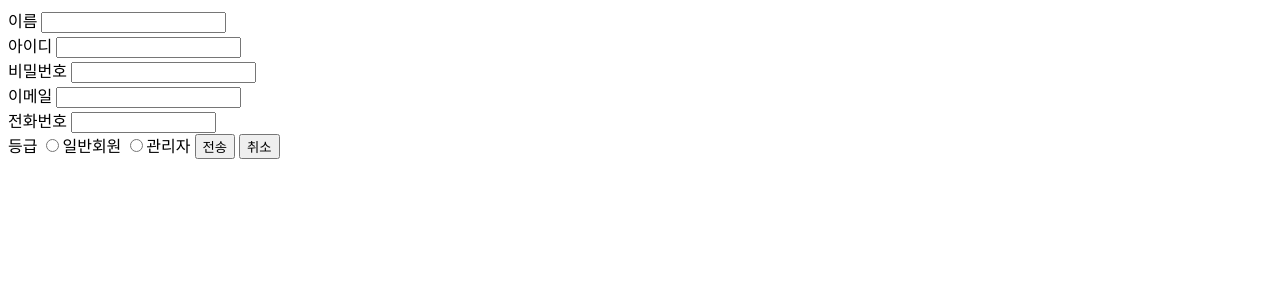
Repository: totesbk/JSP-
Page: http://localhost/web08/ex04_form.jsp
These files come from the project's save history. The page is drawn as it stood at one moment and after the next save; the edit follows.
The browser window is 1280 px wide. The pictures show the whole page.
The page is served by Tomcat 9.

Above is the page before, as saved 2020-10-13 01:46:12.

### web08/WebContent/ex04_form.jsp
<%@ page language="java" contentType="text/html; charset=UTF-8"
pageEncoding="UTF-8"%>
<!DOCTYPE html>
<html>
  <head>
    <meta charset="UTF-8" />
    <title>Insert title here</title>
  </head>
  <body>
   <form action="ex04_insert.jsp" method="post">
   		<tr>
   			<td>이름</td>
   			<td><input type="text" name="name" size="20"></td><br>
   		</tr>
   		<tr>
   			<td>아이디</td>
   			<td><input type="text" name="userid" size="20"></td><br>
   		</tr>
   		<tr>
   			<td>비밀번호</td>
   			<td><input type="password" name="userpwd" size="20"></td><br>
   		</tr>

   		<tr>
   			<td>이메일</td>
   			<td><input type="text" name="email" size="20"></td><br>
   		</tr>

   		<tr>
   			<td>전화번호</td>
   			<td><input type="text" name="phone" size="15"></td> <br>
   		</tr>

   		<tr>
   			<td>등급</td>
   			<td>
   			<input type="radio" name="admin" value="0">일반회원
   			<input type="radio" name="admin" value="1">관리자
   			</td>
   		</tr>
   		<tr>
   			<td><input type="submit" value="전송"></td>
   			<td><input type="reset" value="취소"></td>
   		</tr>



    </form>
  </body>
</html>

After the next save:
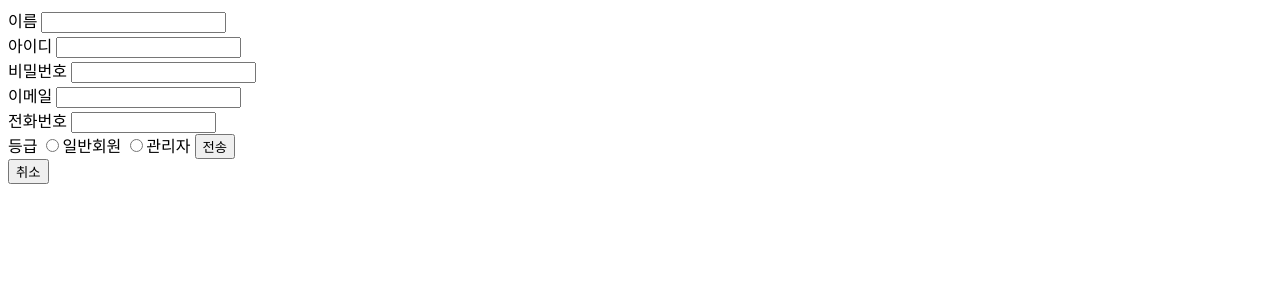
Saved 6 s later.
--- a/web08/WebContent/ex04_form.jsp
+++ b/web08/WebContent/ex04_form.jsp
@@ -39,8 +39,8 @@
    			</td>
    		</tr>
    		<tr>
-   			<td><input type="submit" value="전송"></td>
-   			<td><input type="reset" value="취소"></td>
+   			<td><input type="submit" value="전송"></td><br>
+   			<td><input type="reset" value="취소"></td><br>
    		</tr>
 
 
